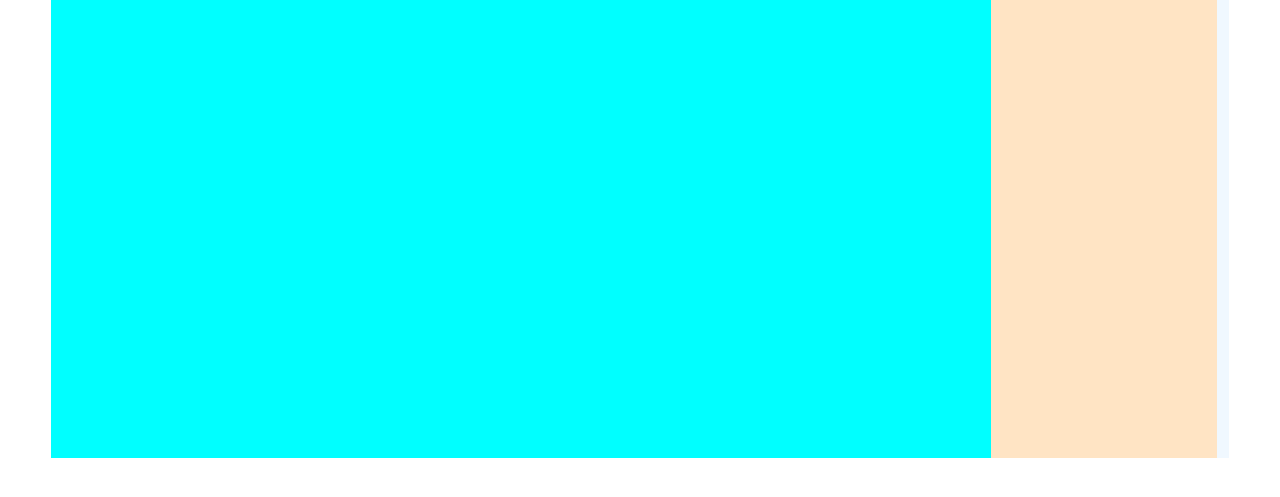
Repository: zhangwen001208/Honor-kings
Page: bibi.html
An editor plug-in stored every save of this project. The page is shown before and after the next save, followed by the edit.
The browser window is 1280 px wide. The pictures show the whole page.

Above is the page before, as saved 2022-06-21 09:43:16.

### bibi.html
<!DOCTYPE html>
<html lang="en">
<head>
    <meta charset="UTF-8">
    <meta http-equiv="X-UA-Compatible" content="IE=edge">
    <meta name="viewport" content="width=device-width, initial-scale=1.0">
    <title>Document</title>
    <link type="text/css" rel="styleSheet"  href="./css/common.css" />
    <link type="text/css" rel="styleSheet"  href="./css/reset.css" />
    <style>
        .animation {
            display: flex;
            width: 1178px;
            height: 458px;
            background-color: aliceblue;
            margin: 0 auto;
        }
        .animation .animation-left {
            width: 940px;
            height: 458px;
            background-color: aqua;

        }
        .animation .animation-right {
            width: 226px;
            height: 458px;
            background-color: bisque;
            margin-right: 1px;


        }

    </style>
</head>
<body>
    <div class="animation">
        <div class="animation-left">

        </div>
        <div class="animation-right">

        </div>


    </div>


</body>
</html>

### css/common.css
.main_wrapper {
    width: 1200px;
    margin: 0 auto;
}

### css/reset.css


body,h1,h2,a,ul,ol,li,p,h3{
   margin: 0;
   padding: 0;

}

a {
 text-decoration: none;
 color: #333;

}
ul,li,ol{
   list-style: none;
}
img {
   vertical-align: top;
}

After the next save:
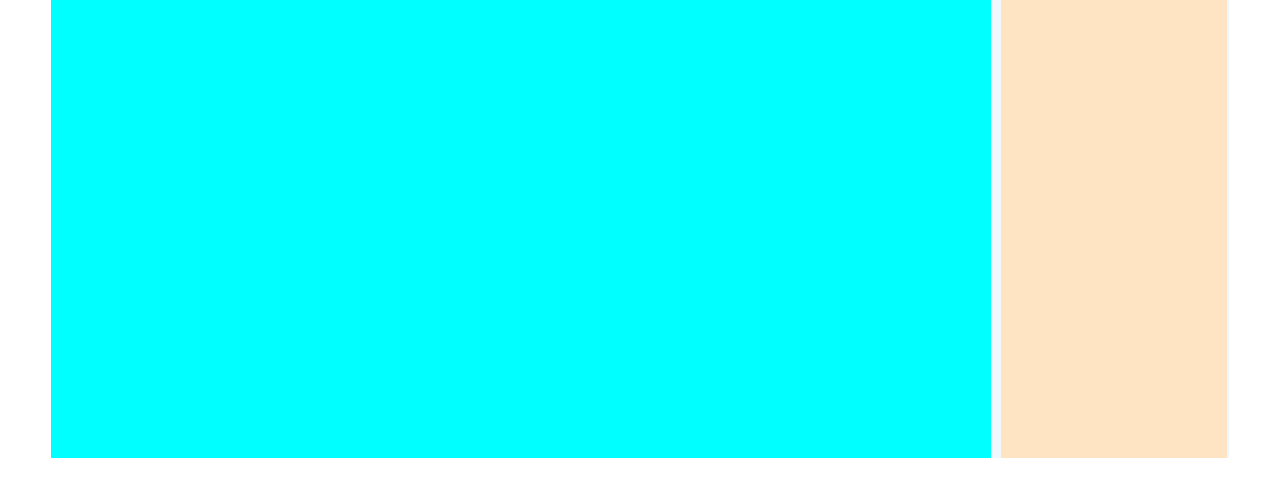
Saved 27 s later.
--- a/bibi.html
+++ b/bibi.html
@@ -25,7 +25,8 @@
             width: 226px;
             height: 458px;
             background-color: bisque;
-            margin-right: 1px;
+            margin-left: 10px;
+
 
 
         }
